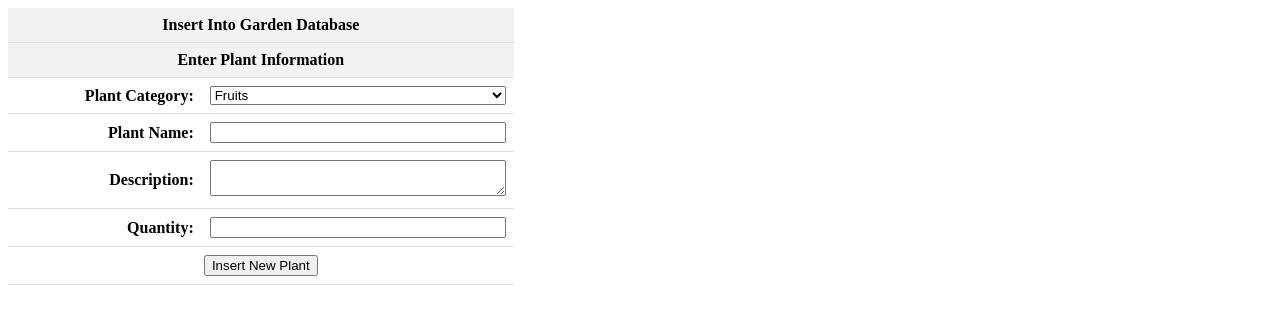
Repository: bkyncl/csd-430
Page: http://localhost/kyncl_08/form.jsp
The author's editor kept a copy of each file at every save. The page is drawn from the files as they stood at one save, then again after the next save.
The browser window is 1280 px wide. The pictures show the whole page.
The page is served by Tomcat 9.

Above is the page before, as saved 2023-07-04 06:14:23.

After the next save:
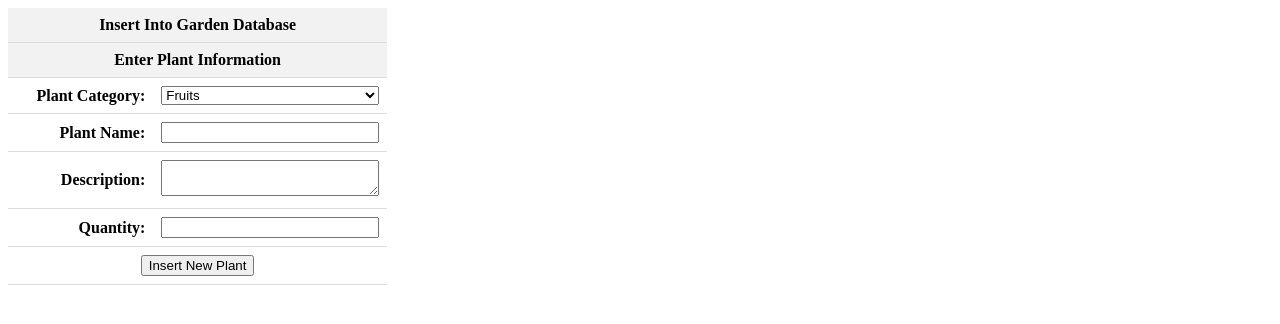
Saved 10 s later.
--- a/kyncl_08/src/main/webapp/form.jsp
+++ b/kyncl_08/src/main/webapp/form.jsp
@@ -8,7 +8,7 @@
 <style>
     table {
         border-collapse: collapse;
-        width: 40%;
+        width: 30%;
     }
     th, td {
         padding: 8px;
